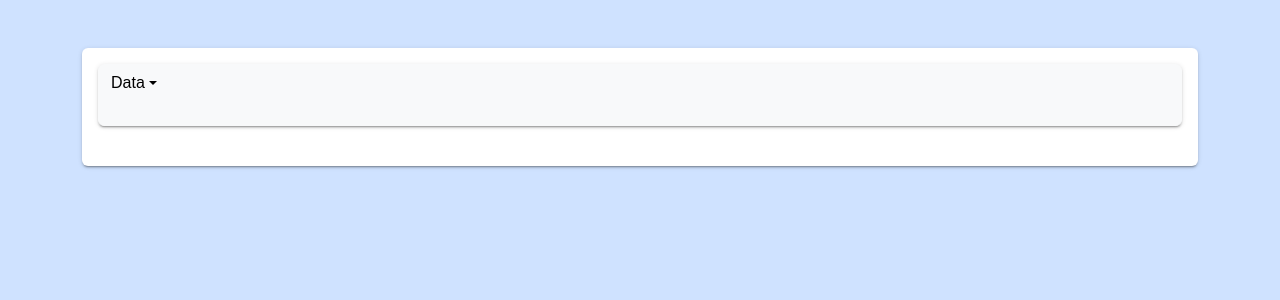
Repository: chancellor-w-whitaker/trying-context
Page: /
An editor plug-in stored every save of this project. The page is shown before and after the next save, followed by the edit.
The browser window is 1280 px wide. The pictures show the whole page.
The page's requests for data from a server got no answer. Some web fonts or font styles are not loaded; a fallback is used. The project was rebuilt for these pictures with package versions that can differ from the ones it lists, and the page was loaded fresh each time. No one was signed in, and anything a server would have sent is missing. Also part of the build but not shown: vite.config.js.

Above is the page before, as saved 2024-01-14 16:25:46.

After the next save:
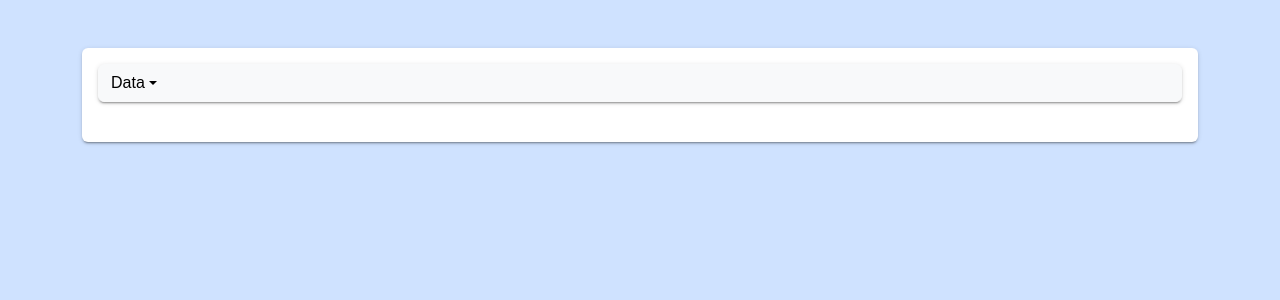
Saved 22 s later.
--- a/src/index.css
+++ b/src/index.css
@@ -288,5 +288,5 @@ body {
 }
 
 .hide-dropdown-toggle::after {
-  border: none;
-}
+  display: none;
+}
